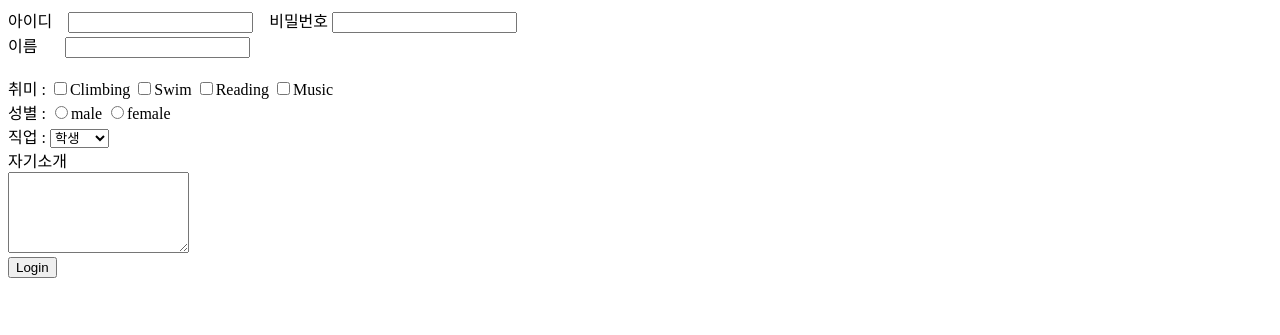
Repository: alsals126/servlet_study_2021
Page: http://localhost/ServletPrj/login_form.jsp
The author's editor kept a copy of each file at every save. The page is drawn from the files as they stood at one save, then again after the next save.
The browser window is 1280 px wide. The pictures show the whole page.
The page is served by Tomcat 9. Other server files are loaded and not shown.

Above is the page before, as saved 2021-05-11 00:59:39.

### ServletPrj/WebContent/login_form.jsp
<%@ page language="java" contentType="text/html; charset=EUC-KR"
    pageEncoding="EUC-KR"%>
<!DOCTYPE html>
<html>
<head>
<meta charset="EUC-KR">
<title>Insert title here</title>
</head>
<body>
	<form method="post" action="login">
		아이디  &nbsp;&nbsp;&nbsp;<input type="text" name="id"/> &nbsp;&nbsp;
		비밀번호 <input type="password" name="pw"/><br>
		이름  &nbsp;&nbsp;&nbsp;&nbsp;&nbsp;&nbsp;<input type="text" name="name"/><br><br>
		취미 : <input type="checkbox" name="hobby" value="climbing">Climbing
		      <input type="checkbox" name="hobby" value="swim">Swim
		      <input type="checkbox" name="hobby" value="reading">Reading
		      <input type="checkbox" name="hobby" value="music">Music
		      <br>
		성별 : <input type="radio" name="gender" value="male">male
		      <input type="radio" name="gender" value="female">female
		      <br>
		직업 : <select name="job">
    			<option value="학생">학생</option>
    			<option value="공무원">공무원</option>
    			<option value="무직">무직</option>
			  </select><br>
		자기소개 <br> <textarea rows="5" name="aboutMe"></textarea><br>
		<button type="submit">Login</button>
	</form>
</body>
</html>

After the next save:
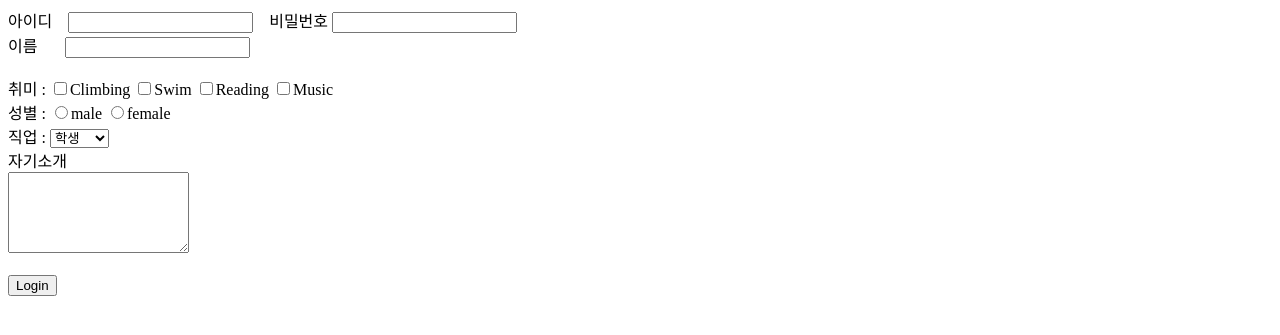
Saved 9 s later.
--- a/ServletPrj/WebContent/login_form.jsp
+++ b/ServletPrj/WebContent/login_form.jsp
@@ -24,7 +24,7 @@
     			<option value="공무원">공무원</option>
     			<option value="무직">무직</option>
 			  </select><br>
-		자기소개 <br> <textarea rows="5" name="aboutMe"></textarea><br>
+		자기소개 <br> <textarea rows="5" name="aboutMe"></textarea><br><br>
 		<button type="submit">Login</button>
 	</form>
 </body>
